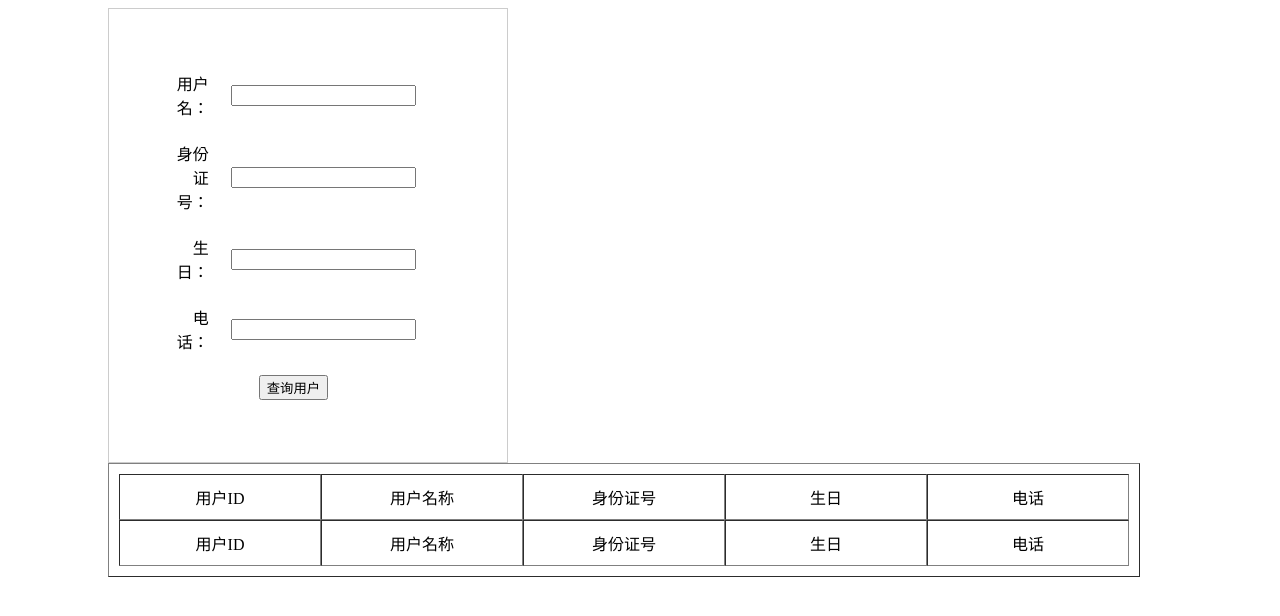
Repository: showmore/study
Page: http://localhost/MyWebProject/
An editor plug-in stored every save of this project. The page is shown before and after the next save, followed by the edit.
The browser window is 1280 px wide. The pictures show the whole page.
The page is served by Tomcat 9. Other server files are loaded and not shown.

Above is the page before, as saved 2018-12-23 11:37:12.

### MyWebProject/WebContent/index.jsp
<%@ page language="java" contentType="text/html; charset=UTF-8"
	pageEncoding="UTF-8"%>

<!DOCTYPE html>
<html>
<head>
<meta charset="UTF-8">
<title>MVC Test Index</title>
<style>
	tr {
		height:40px;
	}
	td {
		padding:10px;
		width:180px;
		text-align: center;
	}
</style>
</head>
<body>
	<form action="<%=request.getContextPath()%>/query.udo">
		<table
			style="margin: 0 100px; padding: 50px; border: 1px #ccc solid; width: 400px;">
			<tr>
				<td style="text-align: right;">用户名：</td>
				<td style="text-align: left;"><input type="text"
					name="username" /></td>
			</tr>
			<tr>
				<td style="text-align: right;">身份证号：</td>
				<td style="text-align: left;"><input type="text"
					name="identity" /></td>
			</tr>
			<tr>
				<td style="text-align: right;">生日：</td>
				<td style="text-align: left;"><input type="text"
					name="birthday" /></td>
			</tr>
			<tr>
				<td style="text-align: right;">电话：</td>
				<td style="text-align: left;"><input type="text"
					name="phone" /></td>
			</tr>
			<tr>
				<td colspan=2 style="text-align: center;"><input type="submit"
					value="查询用户" /></td>
					<td>
					<a href="<%=request.getContextPath()%>/add.udo"></a>
					</td>

			</tr>

		</table>
	</form>

	<table style="margin-left:100px; padding:10px;" border="1" cellpadding="0" cellspacing="0">
		<tr>
			<td>用户ID</td><td>用户名称</td><td>身份证号</td><td>生日</td><td>电话</td>
		</tr>
		<tr>
			<td>用户ID</td><td>用户名称</td><td>身份证号</td><td>生日</td><td>电话</td>
		</tr>
	</table>


</body>
</html>

After the next save:
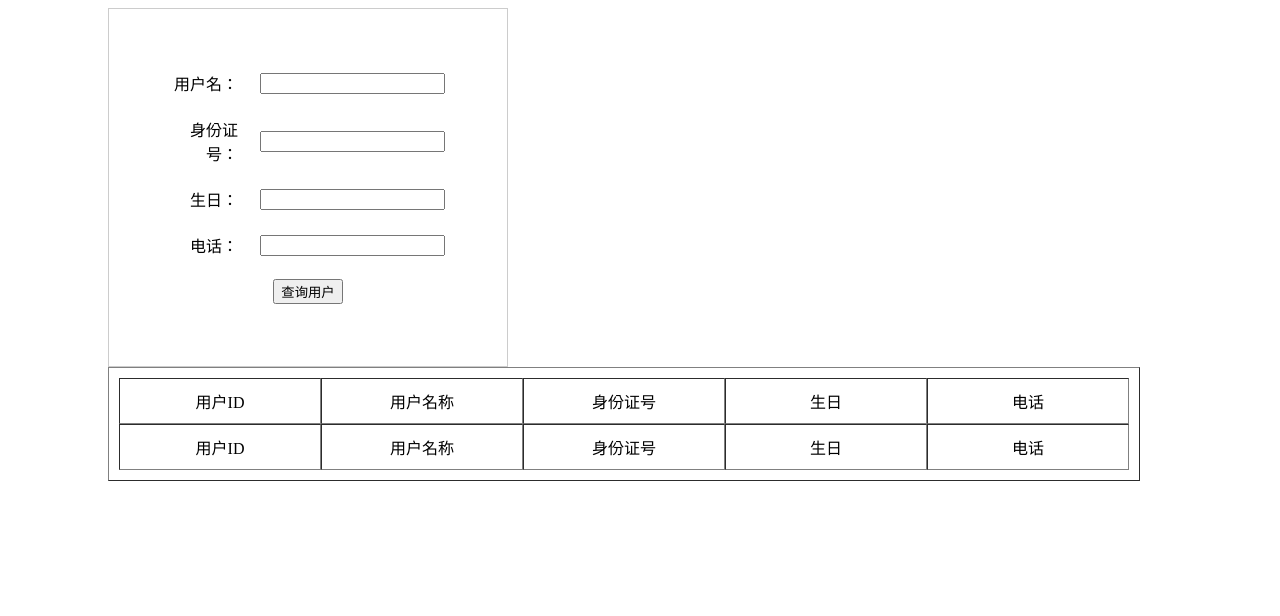
Saved 3 s later.
--- a/MyWebProject/WebContent/index.jsp
+++ b/MyWebProject/WebContent/index.jsp
@@ -43,8 +43,7 @@
 			</tr>
 			<tr>
 				<td colspan=2 style="text-align: center;"><input type="submit"
-					value="查询用户" /></td>
-					<td>
+					value="查询用户" />
 					<a href="<%=request.getContextPath()%>/add.udo"></a>
 					</td>
 
